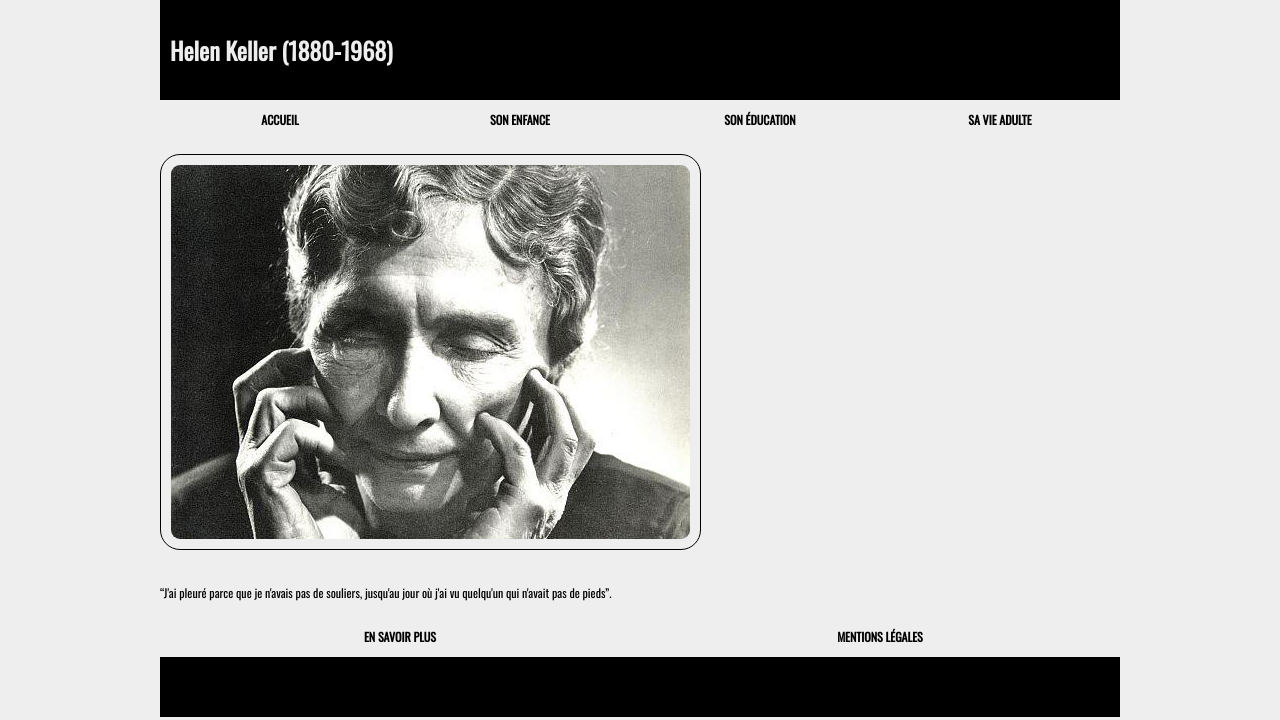
Repository: Luc010/Exercices
Page: HTML CSS/biographie_helen_keller/index.html
The author's editor kept a copy of each file at every save. The page is drawn from the files as they stood at one save, then again after a run of saves.
The browser window is 1280 px wide. The pictures show the whole page.

Above is the page before, as saved 2019-09-04 16:11:20.

After the next 2 saves:
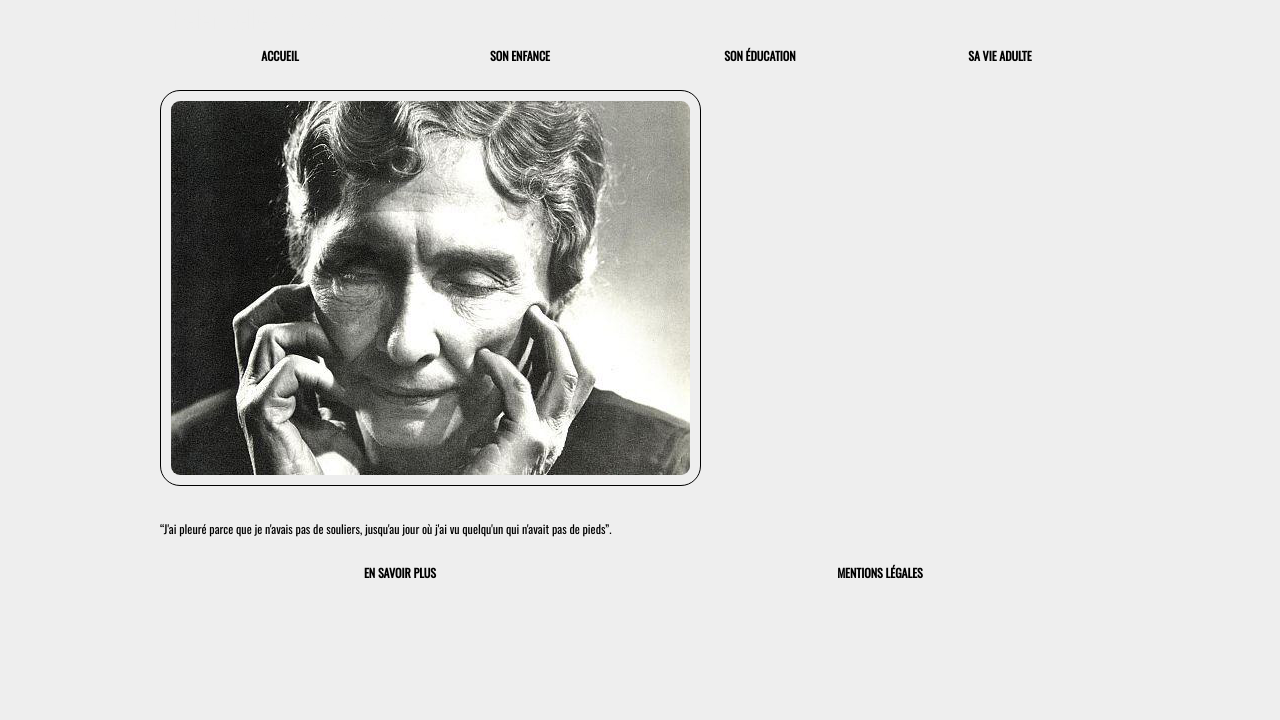
The 2 saves are shown as one change because they came seconds apart.
The last was saved 13 s later.
--- a/HTML CSS/biographie_helen_keller/style.css
+++ b/HTML CSS/biographie_helen_keller/style.css
@@ -6,7 +6,7 @@ body{
     font-size: 12px;
     font-family: 'Oswald',corbel,calibri,sans-serif;
 }
-header, footer{
+bg{
     background-color: black;
     width: 960px;
     min-height: 100px;
